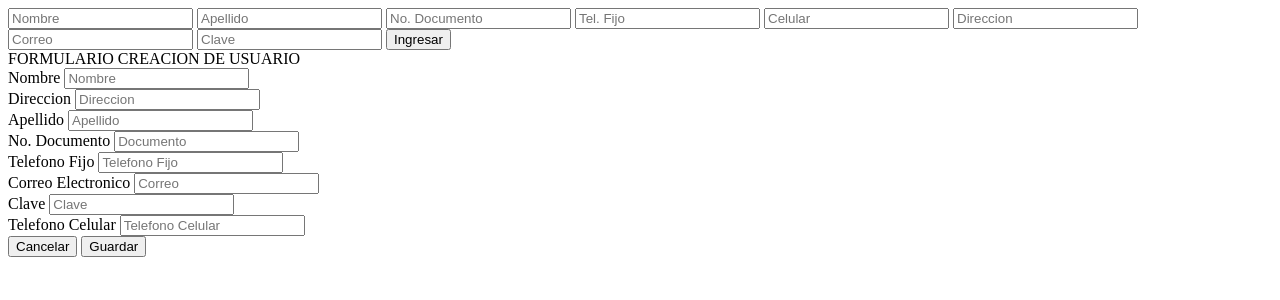
Repository: DA5CH25/kohaku_php
Page: http://localhost/kohaku_php/views/modules/ingresar.php
These files come from the project's save history. The page is drawn as it stood at one moment and after a run of saves; the edit follows.
The browser window is 1280 px wide. The pictures show the whole page.
The page is run by PHP 8.4 with error messages shown; the project is at /var/www/html/.

Above is the page before, as saved 2021-05-16 19:43:28.

After the next 4 saves:
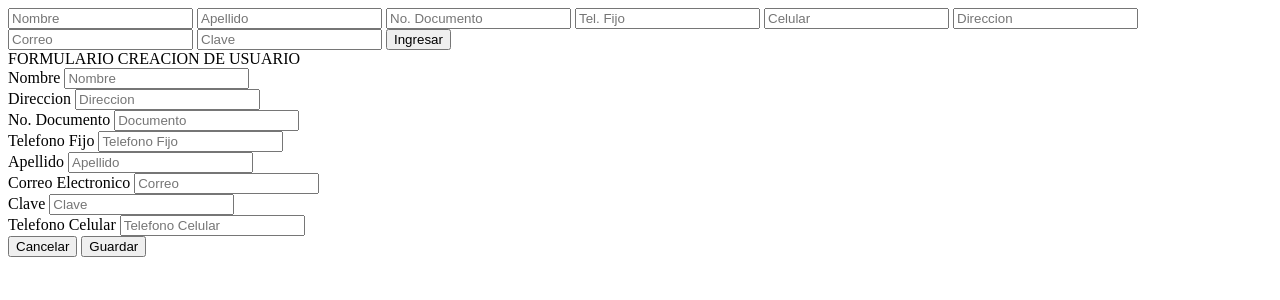
The 4 saves are shown as one change because they came seconds apart.
The last was saved 17 s later.
--- a/views/modules/ingresar.php
+++ b/views/modules/ingresar.php
@@ -36,10 +36,6 @@
 												<input type="text" class="form-control" id="addRess" placeholder="Direccion">
 											</div>
 											<div class="form-group">
-												<label for="fullName">Apellido</label>
-												<input type="text" class="form-control" id="fullName" placeholder="Apellido">
-											</div>
-											<div class="form-group">
 												<label for="eMail">No. Documento</label>
 												<input type="email" class="form-control" id="eMail" placeholder="Documento">
 											</div>
@@ -49,7 +45,10 @@
 											</div>
 										</div>
 										<div class="col-xl-6 col-lg-6 col-md-6 col-sm-6 col-12">
-
+											<div class="form-group">
+												<label for="fullName">Apellido</label>
+												<input type="text" class="form-control" id="fullName" placeholder="Apellido">
+											</div>
 											<div class="form-group">
 												<label for="ciTy">Correo Electronico</label>
 												<input type="name" class="form-control" id="ciTy" placeholder="Correo">
